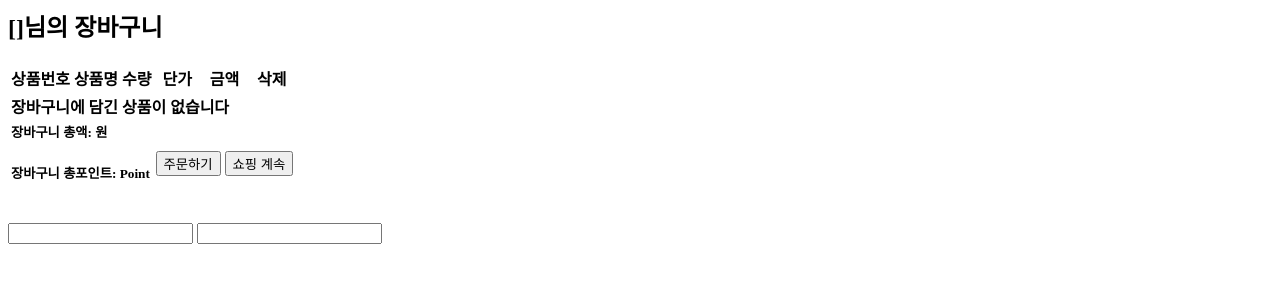
Repository: Jayking0215/myjava
Page: http://localhost/SpringWeb/WEB-INF/views/shop/cartList.jsp
An editor plug-in stored every save of this project. The page is shown before and after the next save, followed by the edit.
The browser window is 1280 px wide. The pictures show the whole page.
The page is served by Tomcat 9. Nobody is signed in. Other server files are loaded and not shown. The template is opened directly, without the code that normally fills it, so the values that code supplies are empty.

Above is the page before, as saved 2023-05-11 00:31:00.

### SpringWorkspace/SpringWeb/src/main/webapp/WEB-INF/views/shop/cartList.jsp
<%@ page language="java" contentType="text/html; charset=UTF-8"
    pageEncoding="UTF-8"%>
<%@ taglib prefix="c" uri="http://java.sun.com/jsp/jstl/core" %>
<%@ taglib prefix="fmt" uri="http://java.sun.com/jsp/jstl/fmt" %>
<div class="row my-4">
	<div class="col-12">
		<h2 class="text-center">${loginUser.name}[${loginUser.userid}]님의 장바구니</h2>
	</div>
</div>

<div class="row my-2">
	<div class="col-12">
		<form name="orderF" id="orderF" action="order">
			<%-- ${cartArr} --%>
			<table class="table table-striped">
				<thead>
					<tr>
						<th>상품번호</th>
						<th>상품명</th>
						<th>수량</th>
						<th>단가</th>
						<th>금액</th>
						<th>삭제</th>
					</tr>
				</thead>
				<tbody>
					<!-- --------------------------- -->
				<c:choose>
					<c:when test="${cartArr eq null or empty cartArr}">
						<tr>
							<td colspan="6">
								<b>장바구니에 담긴 상품이 없습니다</b>
							</td>
						</tr>
					</c:when>
					<c:otherwise>
						<c:forEach var="item" items="${cartArr}" varStatus="state">
							<!--
								varStatus에 변수명을 지정하면
								해당변수로 반복문의 상태정보를 알아낼 수 있다.
								state.index : 인덱스값(0~3)
								state.count : 반복문 횟수(1~4)
							 -->
							<tr>
								<td>
								<label>
								<input type="checkbox" name="pnum" id="pnum${state.index}" value="${item.pnum_fk}">
								${item.pnum_fk}
								</label>
								</td>
								<td>
								<h4>${item.pname}</h4>
								<a href="../prodDetail?pnum=${item.pnum_fk}">
								<img src="../resources/product_images/${item.pimage1}" class="img-fluid" style="width:140px">
								</a>
								</td>
								<td>

								<input type="number" name="pqty" id="pqty${state.index}" value="${item.pqty}" min="1" max="50">
								<button type="button" class="btn btn-success" onClick="cartEdit('${item.cartNum}','${state.index}')">수정</button>
								</td>
								<td>
								<fmt:formatNumber value="${item.saleprice}" pattern="###,###"/> 원<br>
								<span class="badge badge-danger">${item.point}</span> POINT
								</td>
								<td>
								<fmt:formatNumber value="${item.totalPrice}" pattern="###,###"/> 원<br>
								<span class="badge badge-danger">${item.totalPoint}</span> POINT
								</td>
								<td>
								<a href="#" onclick="cartDel('${item.cartNum}')">삭제</a>
								</td>
							</tr>
						</c:forEach>
					</c:otherwise>
				</c:choose>
					<!-- --------------------------- -->

					<tr>
						<td colspan="3">
							<h5>장바구니 총액: <span class='text-danger'>
								<fmt:formatNumber value="${cartTotal.cartTotalPrice}"  pattern="###,###" />
							원</span></h5>
							<h5>장바구니 총포인트: <span class='text-success'>
								<fmt:formatNumber value="${cartTotal.cartTotalPoint}"  pattern="###,###" />
							Point</span></h5>
						</td>
						<td colspan="3">
							<button type="button" class="btn btn-outline-info" onclick="goOrder()">주문하기</button>
							<button type="button" class="btn btn-outline-danger" onclick="location.href='../index'">쇼핑 계속</button>
						</td>
					</tr>
				</tbody>
			</table>
		</form>
		<!-- 주문form end------------ -->

		<!-- 삭제 form start-------------- -->
		<form name="df" action="cartDel">
			<input type="hidden" name="cartNum">
		</form>
		<!-- 삭제form end------------- -->

		<!-- 수정form------------------- -->
		<form action="ef" action="cartEdit">
			<input type="text" name="cartNum">
			<input type="text" name="pqty">
		</form>
		<!-- ---------------------------- -->
	</div>
</div>

<script>
	function cartEdit(cnum, i){
		//alert(cnum+"/"+i);
		let qty=$('#pqty'+i).val();
		//alert(qty);//수정된 수량값

		ef.cartNum.value=cnum;
		ef.pqty.value=qty;
		ef.method='post';
		ef.submit();

	}//---------------------

	function cartDel(cnum){
		//alert(cnum);
		let yn=confirm('정말 삭제할까요?');
		if(yn){
			df.cartNum.value=cum;
			df.method='post';
			df.submit();
		}
		df.cartNum.value=cnum;
		df.method='post';
		df.submit();
	}
</script>

After the next save:
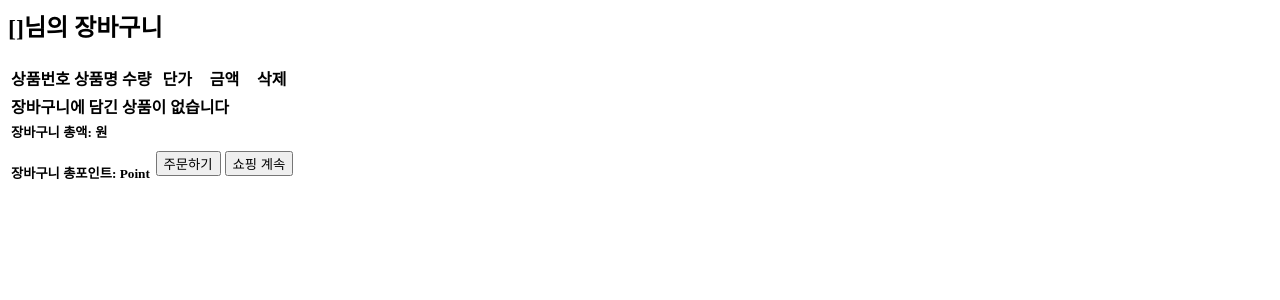
Saved 11 s later.
--- a/SpringWorkspace/SpringWeb/src/main/webapp/WEB-INF/views/shop/cartList.jsp
+++ b/SpringWorkspace/SpringWeb/src/main/webapp/WEB-INF/views/shop/cartList.jsp
@@ -103,8 +103,8 @@
 
 		<!-- 수정form------------------- -->
 		<form action="ef" action="cartEdit">
-			<input type="text" name="cartNum">
-			<input type="text" name="pqty">
+			<input type="hidden" name="cartNum">
+			<input type="hidden" name="pqty">
 		</form>
 		<!-- ---------------------------- -->
 	</div>
